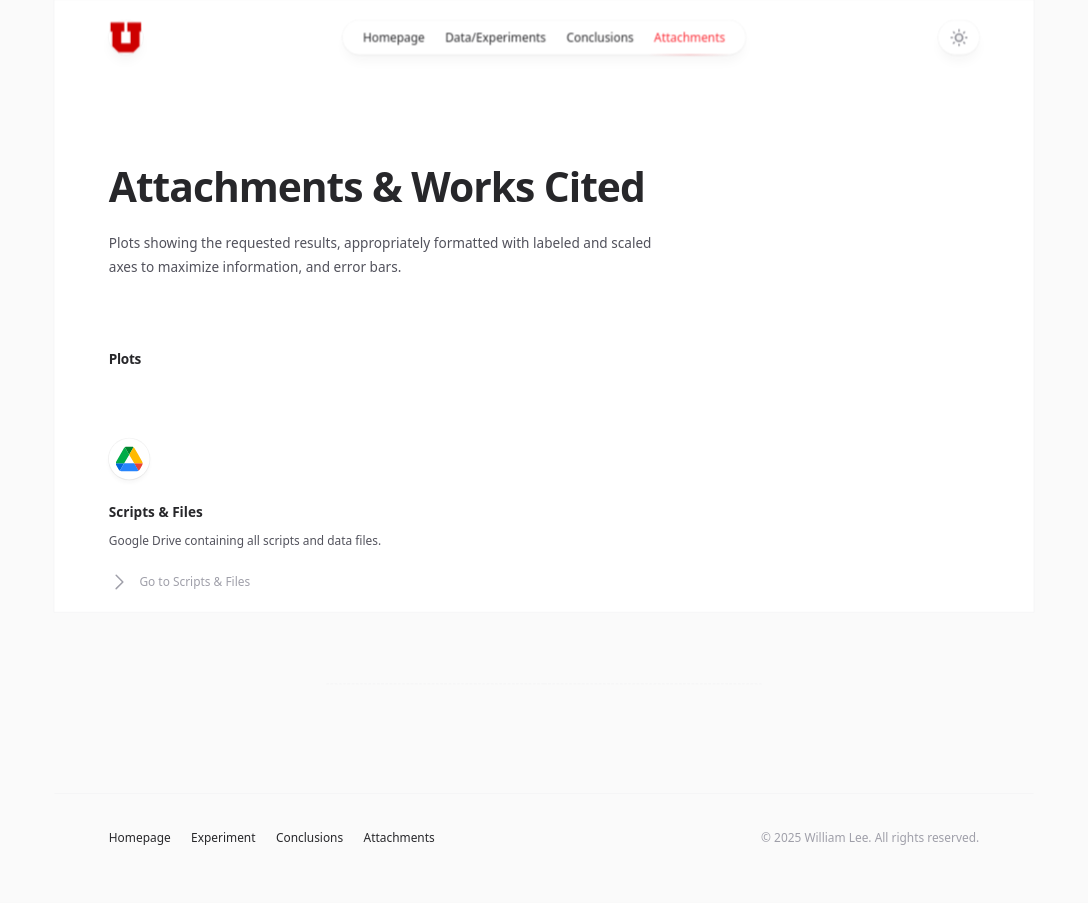
Repository: willwlee/chen3701
Page: /attachments
An editor plug-in stored every save of this project. The page is shown before and after the next save, followed by the edit.
The browser window is 1280 px wide. The pictures show the whole page, at 85% of full size.
The page's requests for data from a server got no answer. The project was rebuilt for these pictures with package versions that can differ from the ones it lists, and the page was loaded fresh each time. The framework's server and built-in components were replaced by stand-ins that run in the browser. No one was signed in, and anything a server would have sent is missing. Also part of the build but not shown: next.config.mjs.

Above is the page before, as saved 2025-09-24 02:12:18.

### src/app/layout.tsx
import { type Metadata } from 'next'

import { Providers } from '@/app/providers'
import { Layout } from '@/components/Layout'

import '@/styles/tailwind.css'

export const metadata: Metadata = {
  title: {
    template: '%s - CH EN 3701',
    default:
      'Mon-8 CH EN 3701',
  },
  description:
    'CH EN 3701, Mon-8.',
  alternates: {
    types: {
      'application/rss+xml': `${process.env.NEXT_PUBLIC_SITE_URL}/feed.xml`,
    },
  },
}

export default function RootLayout({
  children,
}: {
  children: React.ReactNode
}) {
  return (
    <html lang="en" className="h-full antialiased" suppressHydrationWarning>
      <meta name='theme-color'></meta>
      <body className="flex h-full bg-zinc-50 dark:bg-black">
        <Providers>
          <div className="flex w-full">
            <Layout>{children}</Layout>
          </div>
        </Providers>
      </body>
    </html>
  )
}

### src/app/attachments/page.tsx
import { type Metadata } from 'next'
import Image from 'next/image'

import { Card } from '@/components/Card'
import { SimpleLayout } from '@/components/SimpleLayout'

import logoGithub from '@/images/logos/github.svg'

import logoDrive from '@/images/logos/drive.svg'

function DashedDivider({ padding }: { padding: number }) {
  if (padding === 0) {
    return (
      <ul className="grid grid-cols-1 sm:grid-cols-1 lg:grid-cols-1">
        <div className="border-dashed border-t border-zinc-100 dark:border-zinc-700/40 mt-8"></div>
      </ul>
    )
  } else if (padding === 4) {
    return (
      <ul className="grid grid-cols-4 sm:grid-cols-4 lg:grid-cols-4">
        <div></div>
        <div className="border-dashed border-t border-zinc-100 dark:border-zinc-700/40 mt-4"></div>
        <div className="border-dashed border-t border-zinc-100 dark:border-zinc-700/40 mt-4"></div>
        <div></div>
      </ul>
    )
  } else if (padding === 6) {
    return (
      <ul className="grid grid-cols-4 sm:grid-cols-4 lg:grid-cols-4">
        <div></div>
        <div className="border-dashed border-t border-zinc-100 dark:border-zinc-700/40 mt-6"></div>
        <div className="border-dashed border-t border-zinc-100 dark:border-zinc-700/40 mt-6"></div>
        <div></div>
      </ul>
    )
  } else if (padding === 8) {
    return (
      <ul className="grid grid-cols-4 sm:grid-cols-4 lg:grid-cols-4">
        <div></div>
        <div className="border-dashed border-t border-zinc-100 dark:border-zinc-700/40 mt-8"></div>
        <div className="border-dashed border-t border-zinc-100 dark:border-zinc-700/40 mt-8"></div>
        <div></div>
      </ul>
    )
  } else {
    return (
      <ul className="grid grid-cols-4 sm:grid-cols-4 lg:grid-cols-4">
        <div></div>
        <div className="border-dashed border-t border-zinc-100 dark:border-zinc-700/40 mt-12"></div>
        <div className="border-dashed border-t border-zinc-100 dark:border-zinc-700/40 mt-12"></div>
        <div></div>
      </ul>
    )
  }
}

function LinkIcon(props: React.ComponentPropsWithoutRef<'svg'>) {
  return (
    <svg viewBox="0 0 24 24" aria-hidden="true" {...props}>
      <path
        d="M15.712 11.823a.75.75 0 1 0 1.06 1.06l-1.06-1.06Zm-4.95 1.768a.75.75 0 0 0 1.06-1.06l-1.06 1.06Zm-2.475-1.414a.75.75 0 1 0-1.06-1.06l1.06 1.06Zm4.95-1.768a.75.75 0 1 0-1.06 1.06l1.06-1.06Zm3.359.53-.884.884 1.06 1.06.885-.883-1.061-1.06Zm-4.95-2.12 1.414-1.415L12 6.344l-1.415 1.413 1.061 1.061Zm0 3.535a2.5 2.5 0 0 1 0-3.536l-1.06-1.06a4 4 0 0 0 0 5.656l1.06-1.06Zm4.95-4.95a2.5 2.5 0 0 1 0 3.535L17.656 12a4 4 0 0 0 0-5.657l-1.06 1.06Zm1.06-1.06a4 4 0 0 0-5.656 0l1.06 1.06a2.5 2.5 0 0 1 3.536 0l1.06-1.06Zm-7.07 7.07.176.177 1.06-1.06-.176-.177-1.06 1.06Zm-3.183-.353.884-.884-1.06-1.06-.884.883 1.06 1.06Zm4.95 2.121-1.414 1.414 1.06 1.06 1.415-1.413-1.06-1.061Zm0-3.536a2.5 2.5 0 0 1 0 3.536l1.06 1.06a4 4 0 0 0 0-5.656l-1.06 1.06Zm-4.95 4.95a2.5 2.5 0 0 1 0-3.535L6.344 12a4 4 0 0 0 0 5.656l1.06-1.06Zm-1.06 1.06a4 4 0 0 0 5.657 0l-1.061-1.06a2.5 2.5 0 0 1-3.535 0l-1.061 1.06Zm7.07-7.07-.176-.177-1.06 1.06.176.178 1.06-1.061Z"
        fill="currentColor"
      />
    </svg>
  )
}

function ChevronRightIcon(props: React.ComponentPropsWithoutRef<'svg'>) {
  return (
    <svg fill="none" viewBox="0 0 24 24" strokeWidth="1.5" stroke="currentColor" {...props}>
      <path
        d="m 7.425 4.05 l 6.75 6.75 l -6.75 6.75"
        strokeLinejoin="round"
        strokeLinecap="round"
      />
    </svg>
  )
}

const googleDrive = [
  {
    name: 'Scripts & Files',
    description:
      'Google Drive containing all scripts and data files.',
    link: { href: 'https://drive.google.com/drive/folders/1Qh8462Os5es_1hNQ1_3GHLuknoWvxalG?usp=sharing', label: 'Go to Scripts & Files', hover: 'Visit Drive' },
    logo: logoDrive,
  },
]

const github = [
  {
    name: 'Github Repository of Website',
    description:
      'This website is a heavy modification of the templates provided by Tailwind UI. The modified code is provided here.',
    link: { href: 'https://drive.google.com/drive/folders/1Qh8462Os5es_1hNQ1_3GHLuknoWvxalG?usp=sharing', label: 'Go to Scripts & Files', hover: 'Visit Drive' },
    logo: logoGithub,
  },
]

export const metadata: Metadata = {
  title: 'Contact',
  description:
    'Let’s stay in touch!',
}

export default function Contact() {
  return (
    <SimpleLayout
      title="Attachments & Works Cited"
      intro="Plots showing the requested results, appropriately formatted with labeled and scaled axes to maximize information, and error bars."
    >
      <div className="space-y-20">
        <h3 className="text-base font-semibold tracking-tight text-zinc-800 dark:text-zinc-100">
          Plots
        </h3>
        <ul
          role="list"
          className="grid gap-x-12 gap-y-16"
        >
        {googleDrive.map((contact) => (
        <Card as="li" key={contact.name}>
        <div className="relative z-10 flex h-12 w-12 items-center justify-center rounded-full bg-white shadow-md shadow-zinc-800/5 ring-1 ring-zinc-900/5 dark:border dark:border-zinc-700/50 dark:bg-zinc-800 dark:ring-0">          <Image
          src={contact.logo}
          alt=""
          className="h-8 w-8"
          unoptimized
        />
      </div>
      <h2 className="mt-6 text-base font-semibold text-zinc-800 dark:text-zinc-100">
        <Card.Link href={contact.link.href} target='_blank' rel='noreferrer'>{contact.name}</Card.Link>
      </h2>
      <Card.Description>{contact.description}</Card.Description>
      <p className="relative z-10 mt-6 flex text-sm font-medium text-zinc-400 transition group-hover:text-blue-500 dark:text-zinc-200">
        <ChevronRightIcon className="block group-hover:hidden h-7 w-7 flex-auto" />
        <LinkIcon className="hidden group-hover:block h-7 w-7 flex-auto" />
        <span className="block group-hover:hidden ml-2">{contact.link.label}</span>
        <span className="hidden group-hover:block ml-2">{contact.link.hover}</span>
      </p>
    </Card>

  ))}

        </ul>

        <DashedDivider padding={6} />
      </div>
    </SimpleLayout>
  )
}

### src/app/providers.tsx
'use client'

import { createContext, useEffect, useRef } from 'react'
import { usePathname } from 'next/navigation'
import { ThemeProvider, useTheme } from 'next-themes'

function usePrevious<T>(value: T): T | undefined {
  const ref = useRef<T | undefined>(undefined)

  useEffect(() => {
    ref.current = value
  }, [value])

  return ref.current
}

function ThemeWatcher() {
  let { resolvedTheme, setTheme } = useTheme()

  useEffect(() => {
    let media = window.matchMedia('(prefers-color-scheme: dark)')

    function onMediaChange() {
      let systemTheme = media.matches ? 'dark' : 'light'
      if (resolvedTheme === systemTheme) {
        setTheme('system')
      }
    }

    onMediaChange()
    media.addEventListener('change', onMediaChange)

    return () => {
      media.removeEventListener('change', onMediaChange)
    }
  }, [resolvedTheme, setTheme])

  return null
}

export const AppContext = createContext<{ previousPathname?: string }>({})

export function Providers({ children }: { children: React.ReactNode }) {
  let pathname = usePathname()
  let previousPathname = usePrevious(pathname)

  return (
    <AppContext.Provider value={{ previousPathname }}>
      <ThemeProvider attribute="class" disableTransitionOnChange>
        <ThemeWatcher />
        {children}
      </ThemeProvider>
    </AppContext.Provider>
  )
}

### src/styles/tailwind.css
@config "../../tailwind.config.ts";
@plugin "@tailwindcss/typography";
@import 'tailwindcss';

@layer utilities {
  /* Hide scrollbar but keep scrolling */
  .no-scrollbar {
    -ms-overflow-style: none; /* IE/old Edge */
    scrollbar-width: none; /* Firefox */
  }
  .no-scrollbar::-webkit-scrollbar {
    display: none; /* Chrome/Safari/Opera */
  }
}

html {
  scroll-behavior: smooth;
}

### src/components/Card.tsx
import Link from 'next/link'
import clsx from 'clsx'

function ChevronRightIcon(props: React.ComponentPropsWithoutRef<'svg'>) {
  return (
    <svg viewBox="0 0 16 16" fill="none" aria-hidden="true" {...props}>
      <path
        d="M6.75 5.75 9.25 8l-2.5 2.25"
        strokeWidth="1.5"
        strokeLinecap="round"
        strokeLinejoin="round"
      />
    </svg>
  )
}

export function Card<T extends React.ElementType = 'div'>({
  as,
  className,
  children,
}: Omit<React.ComponentPropsWithoutRef<T>, 'as' | 'className'> & {
  as?: T
  className?: string
}) {
  let Component = as ?? 'div'

  return (
    <Component
      className={clsx(className, 'group relative flex flex-col items-start')}
    >
      {children}
    </Component>
  )
}

Card.Link = function CardLink({
  children,
  ...props
}: React.ComponentPropsWithoutRef<typeof Link>) {
  return (
    <>
      <div className="absolute -inset-x-4 -inset-y-6 z-0 scale-95 bg-zinc-50 opacity-0 transition group-hover:scale-100 group-hover:opacity-100 sm:-inset-x-6 sm:rounded-2xl dark:bg-zinc-800/50" />
      <Link {...props}>
        <span className="absolute -inset-x-4 -inset-y-6 z-20 sm:-inset-x-6 sm:rounded-2xl" />
        <span className="relative z-10">{children}</span>
      </Link>
    </>
  )
}

Card.Title = function CardTitle<T extends React.ElementType = 'h2'>({
  as,
  href,
  children,
}: Omit<React.ComponentPropsWithoutRef<T>, 'as' | 'href'> & {
  as?: T
  href?: string
}) {
  const Component = as ?? 'h2'
  return (
    <Component
      className="
        m-0 text-base font-semibold tracking-tight text-zinc-800 dark:text-zinc-100
        [&>a]:no-underline [&>a]:text-inherit
      "
    >
      {href ? <Card.Link href={href}>{children}</Card.Link> : children}
    </Component>
  )
}

Card.Description = function CardDescription({
  children,
}: {
  children: React.ReactNode
}) {
  return (
    <p className="relative z-10 mt-2 text-sm text-zinc-600 dark:text-zinc-400">
      {children}
    </p>
  )
}

Card.Cta = function CardCta({ children }: { children: React.ReactNode }) {
  return (
    <div
      aria-hidden="true"
      className="relative z-10 mt-4 flex items-center text-sm font-medium text-blue-500"
    >
      {children}
      <ChevronRightIcon className="ml-1 h-4 w-4 stroke-current" />
    </div>
  )
}

Card.Eyebrow = function CardEyebrow<T extends React.ElementType = 'p'>({
  as,
  decorate = false,
  className,
  children,
  ...props
}: Omit<React.ComponentPropsWithoutRef<T>, 'as' | 'decorate'> & {
  as?: T
  decorate?: boolean
}) {
  let Component = as ?? 'p'

  return (
    <Component
      className={clsx(
        className,
        'relative z-10 order-first mb-3 flex items-center text-sm text-zinc-400 dark:text-zinc-500',
        decorate && 'pl-3.5',
      )}
      {...props}
    >
      {decorate && (
        <span
          className="absolute inset-y-0 left-0 flex items-center"
          aria-hidden="true"
        >
          <span className="h-4 w-0.5 rounded-full bg-zinc-200 dark:bg-zinc-500" />
        </span>
      )}
      {children}
    </Component>
  )
}

### src/components/SimpleLayout.tsx
import { Container } from '@/components/Container'

export function SimpleLayout({
  title,
  intro,
  children,
  gapClass = 'mt-16 sm:mt-20',
}: {
  title: string
  intro: string
  children?: React.ReactNode
  gapClass?: string
}) {
  return (
    <Container className="mt-16 sm:mt-32">
      <header className="max-w-2xl">
        <h1 className="text-4xl font-bold tracking-tight text-zinc-800 sm:text-5xl dark:text-zinc-100">
          {title}
        </h1>
        <p className="mt-6 text-base text-zinc-600 dark:text-zinc-400">
          {intro}
        </p>
      </header>
      {children && <div className={gapClass}>{children}</div>}
    </Container>
  )
}

### src/components/Footer.tsx
import Link from 'next/link'

import { ContainerInner, ContainerOuter } from '@/components/Container'

function NavLink({
  href,
  children,
}: {
  href: string
  children: React.ReactNode
}) {
  return (
    <Link
      href={href}
      className="transition hover:text-red-500 dark:hover:text-red-400"
    >
      {children}
    </Link>
  )
}

export function Footer() {
  return (
    <footer className="mt-32 flex-none">
      <ContainerOuter>
        <div className="border-t border-zinc-100 pb-16 pt-10 dark:border-zinc-700/40">
          <ContainerInner>
            <div className="flex flex-col items-center justify-between gap-6 sm:flex-row">
              <div className="flex flex-wrap justify-center gap-x-6 gap-y-1 text-sm font-medium text-zinc-800 dark:text-zinc-200">
                <NavLink href="/about">Homepage</NavLink>
                <NavLink href="/projects">Experiment</NavLink>
                {/* <NavLink href="/speaking">Research</NavLink> */}
                <NavLink href="/conclusions">Conclusions</NavLink> {/*Blog*/}
                <NavLink href="/attachments">Attachments</NavLink> {/*Contact*/}
              </div>
              <p className="text-sm text-zinc-400 dark:text-zinc-500">
                <a href="mailto:williamwooseoklee@gmail.com" target='_blank' rel='noreferrer'>&copy; {new Date().getFullYear()} William Lee. All rights reserved.</a>
              </p>
            </div>
          </ContainerInner>
        </div>
      </ContainerOuter>
    </footer>
  )
}

### src/components/Container.tsx
import { forwardRef } from 'react'
import clsx from 'clsx'

export const ContainerOuter = forwardRef<
  React.ElementRef<'div'>,
  React.ComponentPropsWithoutRef<'div'>
>(function OuterContainer({ className, children, ...props }, ref) {
  return (
    <div ref={ref} className={clsx('sm:px-8', className)} {...props}>
      <div className="mx-auto w-full max-w-7xl lg:px-8">{children}</div>
    </div>
  )
})

export const ContainerInner = forwardRef<
  React.ElementRef<'div'>,
  React.ComponentPropsWithoutRef<'div'>
>(function InnerContainer({ className, children, ...props }, ref) {
  return (
    <div
      ref={ref}
      className={clsx('relative px-4 sm:px-8 lg:px-12', className)}
      {...props}
    >
      <div className="mx-auto max-w-2xl lg:max-w-5xl">{children}</div>
    </div>
  )
})

export const Container = forwardRef<
  React.ElementRef<typeof ContainerOuter>,
  React.ComponentPropsWithoutRef<typeof ContainerOuter>
>(function Container({ children, ...props }, ref) {
  return (
    <ContainerOuter ref={ref} {...props}>
      <ContainerInner>{children}</ContainerInner>
    </ContainerOuter>
  )
})

Loaded but not shown: src/components/Layout.tsx (common file); src/components/Header.tsx (473 lines, source omitted); tailwind.config.ts (194 lines, source omitted)

After the next save:
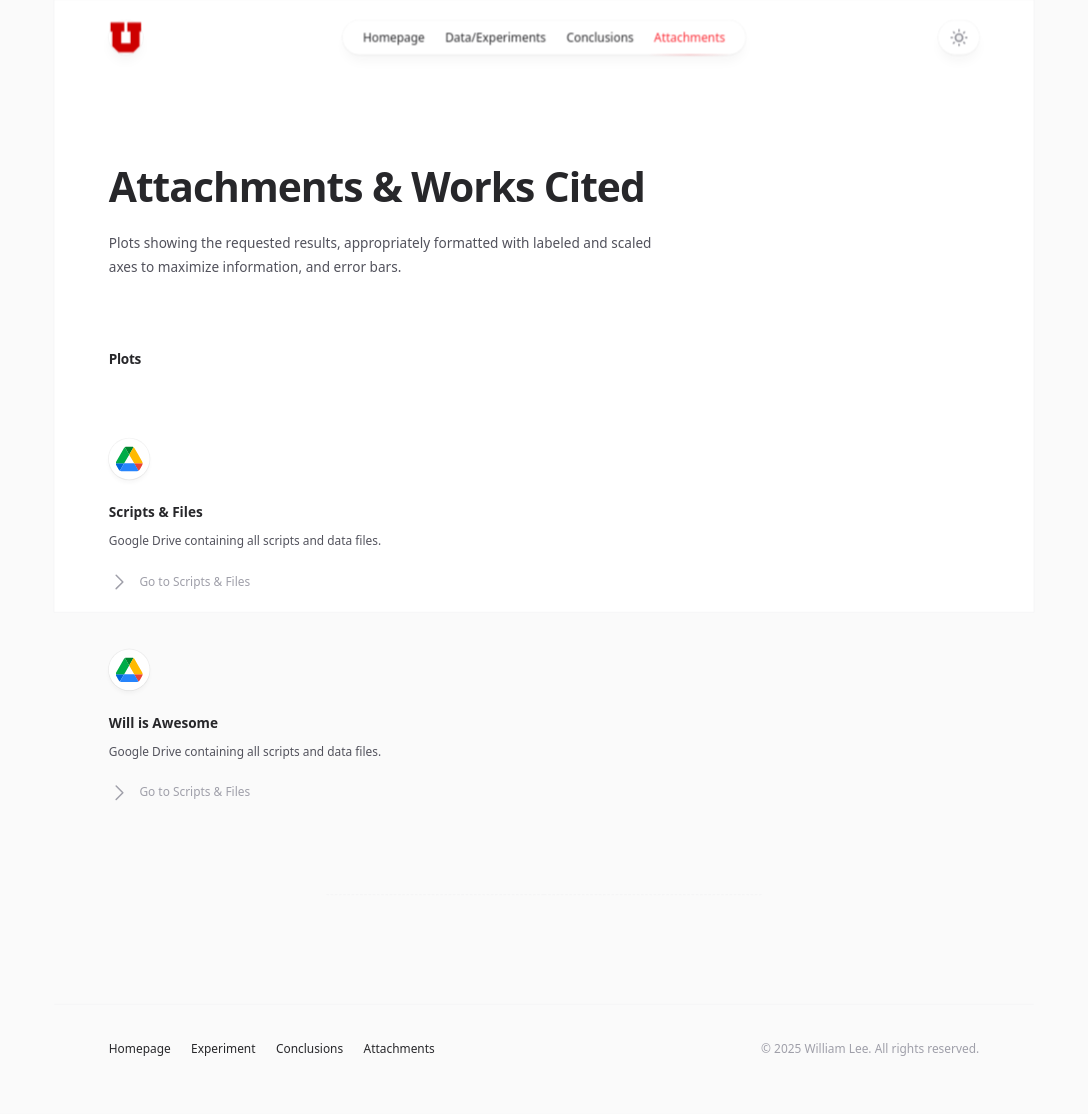
Saved 2 min 46 s later.
--- a/src/app/attachments/page.tsx
+++ b/src/app/attachments/page.tsx
@@ -77,9 +77,16 @@ function ChevronRightIcon(props: React.ComponentPropsWithoutRef<'svg'>) {
   )
 }
 
-const googleDrive = [
+const cardList = [
   {
     name: 'Scripts & Files',
+    description:
+      'Google Drive containing all scripts and data files.',
+    link: { href: 'https://drive.google.com/drive/folders/1Qh8462Os5es_1hNQ1_3GHLuknoWvxalG?usp=sharing', label: 'Go to Scripts & Files', hover: 'Visit Drive' },
+    logo: logoDrive,
+  },
+  {
+    name: 'Will is Awesome',
     description:
       'Google Drive containing all scripts and data files.',
     link: { href: 'https://drive.google.com/drive/folders/1Qh8462Os5es_1hNQ1_3GHLuknoWvxalG?usp=sharing', label: 'Go to Scripts & Files', hover: 'Visit Drive' },
@@ -117,28 +124,28 @@ export default function Contact() {
           role="list"
           className="grid gap-x-12 gap-y-16"
         >
-        {googleDrive.map((contact) => (
-        <Card as="li" key={contact.name}>
-        <div className="relative z-10 flex h-12 w-12 items-center justify-center rounded-full bg-white shadow-md shadow-zinc-800/5 ring-1 ring-zinc-900/5 dark:border dark:border-zinc-700/50 dark:bg-zinc-800 dark:ring-0">          <Image
-          src={contact.logo}
-          alt=""
-          className="h-8 w-8"
-          unoptimized
-        />
-      </div>
-      <h2 className="mt-6 text-base font-semibold text-zinc-800 dark:text-zinc-100">
-        <Card.Link href={contact.link.href} target='_blank' rel='noreferrer'>{contact.name}</Card.Link>
-      </h2>
-      <Card.Description>{contact.description}</Card.Description>
-      <p className="relative z-10 mt-6 flex text-sm font-medium text-zinc-400 transition group-hover:text-blue-500 dark:text-zinc-200">
-        <ChevronRightIcon className="block group-hover:hidden h-7 w-7 flex-auto" />
-        <LinkIcon className="hidden group-hover:block h-7 w-7 flex-auto" />
-        <span className="block group-hover:hidden ml-2">{contact.link.label}</span>
-        <span className="hidden group-hover:block ml-2">{contact.link.hover}</span>
-      </p>
-    </Card>
-
-  ))}
+        {cardList.map((contact) => (
+          <Card as="li" key={contact.name}>
+            <div className="relative z-10 flex h-12 w-12 items-center justify-center rounded-full bg-white shadow-md shadow-zinc-800/5 ring-1 ring-zinc-900/5 dark:border dark:border-zinc-700/50 dark:bg-zinc-800 dark:ring-0">          <Image
+                src={contact.logo}
+                alt=""
+                className="h-8 w-8"
+                unoptimized
+              />
+            </div>
+            <h2 className="mt-6 text-base font-semibold text-zinc-800 dark:text-zinc-100">
+              <Card.Link href={contact.link.href} target='_blank' rel='noreferrer'>{contact.name}</Card.Link>
+            </h2>
+            <Card.Description>{contact.description}</Card.Description>
+            <p className="relative z-10 mt-6 flex text-sm font-medium text-zinc-400 transition group-hover:text-blue-500 dark:text-zinc-200">
+              <ChevronRightIcon className="block group-hover:hidden h-7 w-7 flex-auto" />
+              <LinkIcon className="hidden group-hover:block h-7 w-7 flex-auto" />
+              <span className="block group-hover:hidden ml-2">{contact.link.label}</span>
+              <span className="hidden group-hover:block ml-2">{contact.link.hover}</span>
+            </p>
+          </Card>
+        )
+  )}
 
         </ul>
 
